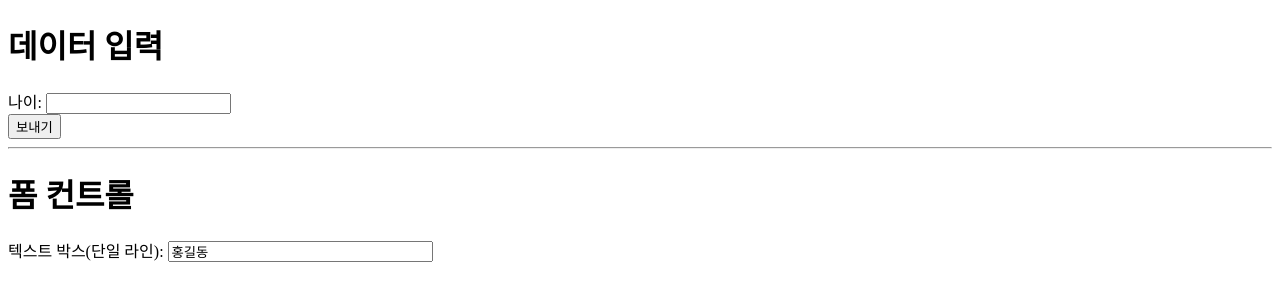
Repository: sinsujung/client
Page: ClientTest/src/main/webapp/html/ex18_form.html
The author's editor kept a copy of each file at every save. The page is drawn from the files as they stood at one save, then again after the next save.
The browser window is 1280 px wide. The pictures show the whole page.

Above is the page before, as saved 2023-09-21 06:10:16.

After the next save:
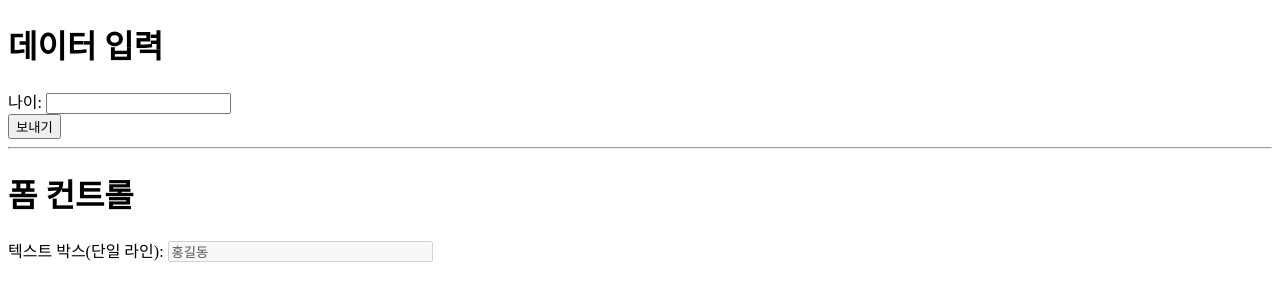
Saved 24 s later.
--- a/ClientTest/src/main/webapp/html/ex18_form.html
+++ b/ClientTest/src/main/webapp/html/ex18_form.html
@@ -74,7 +74,7 @@
 		 -->
 			텍스트 박스(단일 라인):
 			<input type="text" name="txt1" id="txt1" class="txt" size="30"
-			value="홍길동" readonly>
+			value="홍길동" disabled>
 
 	</form>
 
